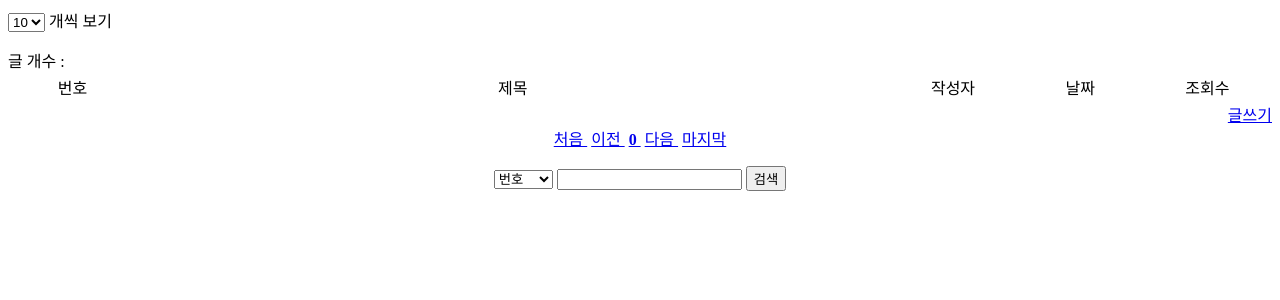
Repository: ekgus419/hckj
Page: http://localhost/Railro/WEB-INF/views/notice/noticeList.jsp
An editor plug-in stored every save of this project. The page is shown before and after the next save, followed by the edit.
The browser window is 1280 px wide. The pictures show the whole page.
The page is served by Tomcat 9. Nobody is signed in. Other server files are loaded and not shown. The template is opened directly, without the code that normally fills it, so the values that code supplies are empty.

Above is the page before, as saved 2016-09-01 13:39:34.

### Railro/src/main/webapp/WEB-INF/views/notice/noticeList.jsp
<%@ page language="java" pageEncoding="UTF-8" trimDirectiveWhitespaces="true"%>
<%@ taglib prefix="c" uri="http://java.sun.com/jsp/jstl/core" %>

<div class="content">
	<div class="setting">
		<div class="limit-setting">
			<form action="noticeList.htm" method="get">
				<select name="limit" onchange="this.form.submit()">
					<option value="5">5</option>
					<option value="10" selected="selected">10</option>
					<option value="15">15</option>
					<option value="20">20</option>
				</select>
				개씩 보기
			</form>
		</div>
		<span>글 개수 : <b>${listCount}</b></span>
	</div>

	<form name="listForm" action="noticeList.htm">
		<input type="hidden" name="pageNo" value="" />

		<table class="list" width="100%">
			<tr class="list-col" align="center" valign="middle">
				<td width="10%">
					<div align="center">번호</div>
				</td>
				<td width="60%">
					<div align="center">제목</div>
				</td>
				<td width="10%">
					<div align="center">작성자</div>
				</td>
				<td width="10%">
					<div align="center">날짜</div>
				</td>
				<td width="10%">
					<div align="center">조회수</div>
				</td>
			</tr>
			<c:forEach var="notice" items="${noticeList}">
				<tr class="list_contents" align="center" valign="middle"
					onmouseover="this.style.backgroundColor='#fcfcfc'"
					onmouseout="this.style.backgroundColor=''">
					<td>
						<div align="center">${notice.ID}</div>
					</td>
					<td>
						<a href="noticeDetail.htm?ID=${notice.ID}">
							<div align="left">${notice.TITLE}</div>
						</a>
					</td>
					<td>
						<div align="center">${notice.WRITER}</div>
					</td>
					<td>
						<div align="center">${notice.REGDATE}</div>
					</td>
					<td>
						<div align="center">${notice.HIT}</div>
					</td>
				</tr>
			</c:forEach>
		</table>

		<div class="register-btn" align="right">
			<span><a href="javascript:void(0)" onclick="location.href='noticeReg.htm'">글쓰기</a></span>
		</div>

		<div class="paging" align="center">
			<jsp:include page="../inc/paging.jsp" flush="true">
				<jsp:param name="firstPageNo" value="${paging.firstPageNo}" />
				<jsp:param name="prevPageNo" value="${paging.prevPageNo}" />
				<jsp:param name="startPageNo" value="${paging.startPageNo}" />
				<jsp:param name="pageNo" value="${paging.pageNo}" />
				<jsp:param name="endPageNo" value="${paging.endPageNo}" />
				<jsp:param name="nextPageNo" value="${paging.nextPageNo}" />
				<jsp:param name="finalPageNo" value="${paging.finalPageNo}" />
			</jsp:include>
		</div>

	</form>

	<div class="search" align="center">
		<form action="noticeList.htm" method="get">
			<select name="keyField">
				<option value="ID">번호</option>
				<option value="WRITER">작성자</option>
				<option value="TITLE">제목</option>
			</select>
			<input type="text" name="keyWord"/>
			<input class="submit" type="submit" value="검색"/>
		</form>
	</div>
</div>

### Railro/src/main/webapp/WEB-INF/views/inc/paging.jsp
<%@ page language="java" contentType="text/html; charSet=UTF-8" pageEncoding="UTF-8" %>
<%@ taglib prefix="c" uri="http://java.sun.com/jsp/jstl/core" %>

<div class="pagination">
	<a href="javascript:goPage(${param.firstPageNo})" class="first">처음&nbsp;</a>
	<a href="javascript:goPage(${param.prevPageNo})" class="prev">이전&nbsp;</a>
	<span>
		<c:forEach var="i" begin="${param.startPageNo}" end="${param.endPageNo}" step="1">
			<c:choose>
				<c:when test="${i eq param.pageNo}">
					<a href="javascript:goPage(${i})" class="selected">${i}&nbsp;</a>
				</c:when>
				<c:otherwise>
					<a href="javascript:goPage(${i})">${i}&nbsp;</a>
				</c:otherwise>
			</c:choose>
		</c:forEach>
	</span>
	<a href="javascript:goPage(${param.nextPageNo})" class="next">다음&nbsp;</a>
	<a href="javascript:goPage(${param.finalPageNo})" class="last">마지막</a>
</div>

<style>
.selected{
	font-weight: bold;
}
</style>

<script type="text/javascript">
	function goPage(pageNo){
		document.listForm.pageNo.value = pageNo;
		document.listForm.submit();
	}
</script>

After the next save:
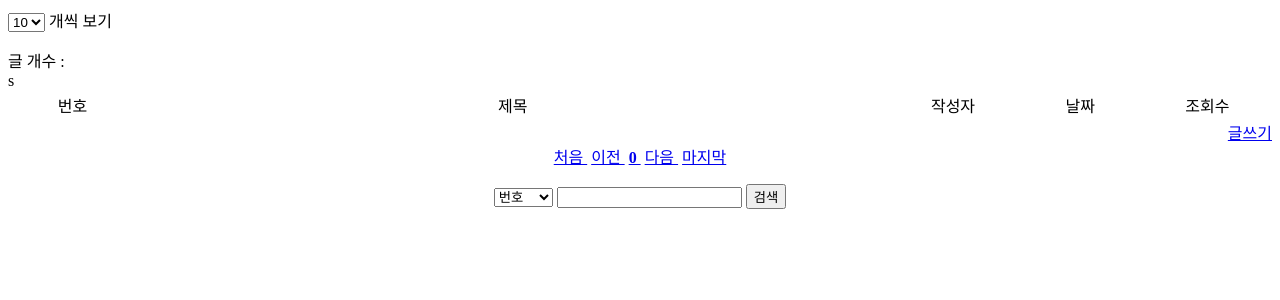
Saved 15 h 19 min later.
--- a/Railro/src/main/webapp/WEB-INF/views/notice/noticeList.jsp
+++ b/Railro/src/main/webapp/WEB-INF/views/notice/noticeList.jsp
@@ -16,7 +16,7 @@
 		</div>
 		<span>글 개수 : <b>${listCount}</b></span>
 	</div>
-
+	s
 	<form name="listForm" action="noticeList.htm">
 		<input type="hidden" name="pageNo" value="" />
 
